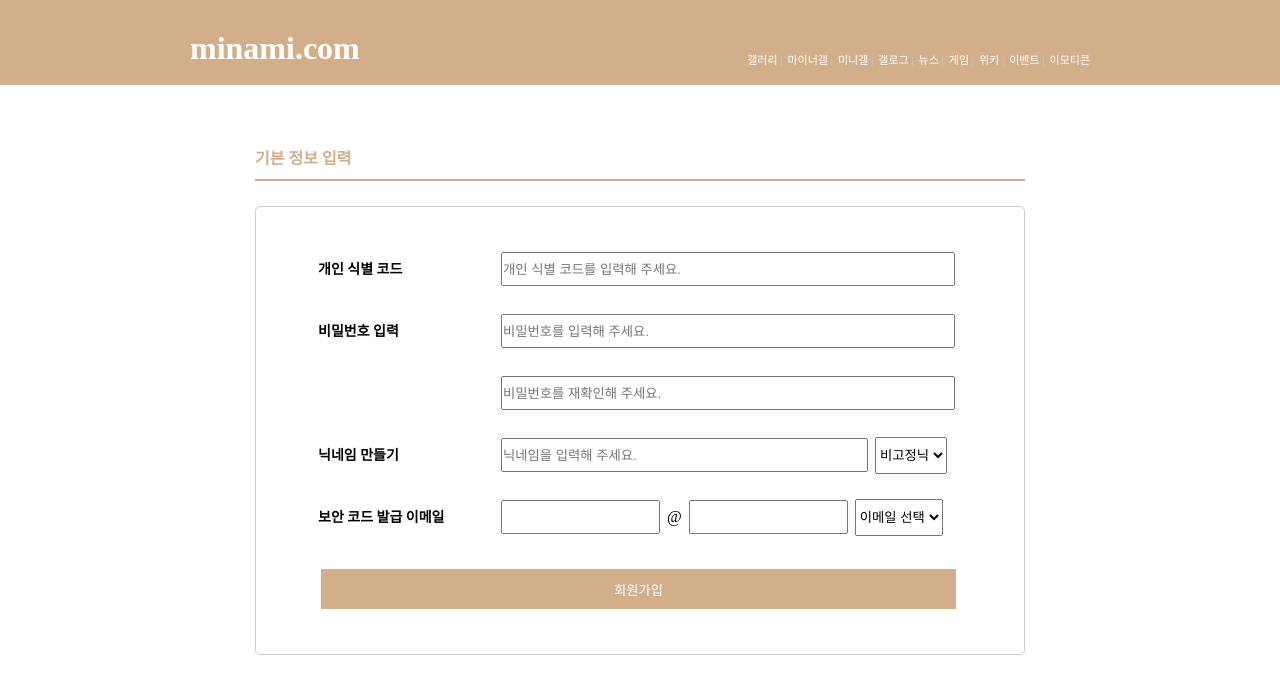
Repository: Minami0717/JSP_Study
Page: http://localhost/JSP_Gall/jsp/joinForm.jsp
These files come from the project's save history. The page is drawn as it stood at one moment and after the next save; the edit follows.
The browser window is 1280 px wide. The pictures show the whole page.
The page is served by Tomcat 9. Other server files are loaded and not shown.

Above is the page before, as saved 2023-02-15 07:15:17.

### JSP_Gall/src/main/webapp/jsp/joinForm.jsp
<%@ page language="java" contentType="text/html; charset=UTF-8"
    pageEncoding="UTF-8"%>
<!DOCTYPE html>
<html>
<head>
<meta charset="UTF-8">
<title>Insert title here</title>
<style>
	* {margin: 0; padding: 0;}
	a {text-decoration: none;}
	li,ul,h1 {display: inline-block;}

	header {background: #d2af8a;}
	header > div {width: 900px; position: relative; margin: 0 auto; height: 85px;}
	header a {color: white;}
	header li {font-size: 11px; color: #ccc; margin-left: 5px;}
	header li a:hover {text-decoration: underline;}
	header ul {position: absolute; right: 0; top: 50px;}
	header h1 {position: absolute; left: 0; top: 30px;}

	section {width: 770px; margin: 0 auto;}
	section div:first-child {border-bottom: 2px solid #d2af8a; padding: 10px 0; margin-top: 50px;}
	section div:first-child h4 {color: #d2af8a}
	section div:nth-child(2) {border: 1px #cecdce solid; border-radius: 5px; margin: 25px 0; padding: 30px 50px;}

	table label {font-weight: bold; font-size: 14px; display: inline-block; width: 180px;}
	td {padding: 10px;}

	input {margin: 3px;}
	.input {width: 450px; height: 30px;}
	#join {width: 635px; height: 40px; border: none; background: #d2af8a; color: white; cursor: pointer; margin-top: 10px;}
	.button {width: 110px; height: 30px;}

	input[name=nick] {width: 363px;}
	input[name=pwCheck] {margin-left: 183px;}
	input[name=email1],input[name=email2] {width: 155px;}
	select {height: 37px;}
</style>
</head>
<body>
	<header>
		<div>
			<h1><a href=main.jsp>minami.com</a></h1>
			<ul>
				<li><a href=>갤러리</a> |
				<li><a href=>마이너갤</a> |
				<li><a href=>미니갤</a> |
				<li><a href=>갤로그</a> |
				<li><a href=>뉴스</a> |
				<li><a href=>게임</a> |
				<li><a href=>위키</a> |
				<li><a href=>이벤트</a> |
				<li><a href=>이모티콘</a>
			</ul>
		</div>
	</header>
	<section>
		<div>
			<h4 align=left>기본 정보 입력</h4>
		</div>
		<div>
			<form action="join.jsp" method=post>
				<table>
					<tr>
						<td><label>개인 식별 코드</label><input type=text placeholder="개인 식별 코드를 입력해 주세요." class=input name=code></td>
					</tr>
					<tr>
						<td><label>비밀번호 입력</label><input type=password placeholder="비밀번호를 입력해 주세요." class=input name=pw></td>
					</tr>
					<tr>
						<td><input type=password placeholder="비밀번호를 재확인해 주세요." class=input name=pwCheck></td>
					</tr>
					<tr>
						<td>
							<label>닉네임 만들기</label><input type=text placeholder="닉네임을 입력해 주세요." class=input name=nick>
							<select name=fixed>
								<option value=false>비고정닉
								<option value=true>고정닉
							</select>
						</td>
					</tr>
					<tr>
						<td>
							<label>보안 코드 발급 이메일</label><input type="text" class=input name=email1> @
							<input type="text" class=input name=email2>
							<select>
								<option>이메일 선택
								<option>naver.com
								<option>직접 입력
							</select>
						</td>
					</tr>
					<tr>
						<td><input type=submit value=회원가입 id=join></td>
					</tr>
				</table>
			</form>
		</div>
	</section>
</body>
</html>

After the next save:
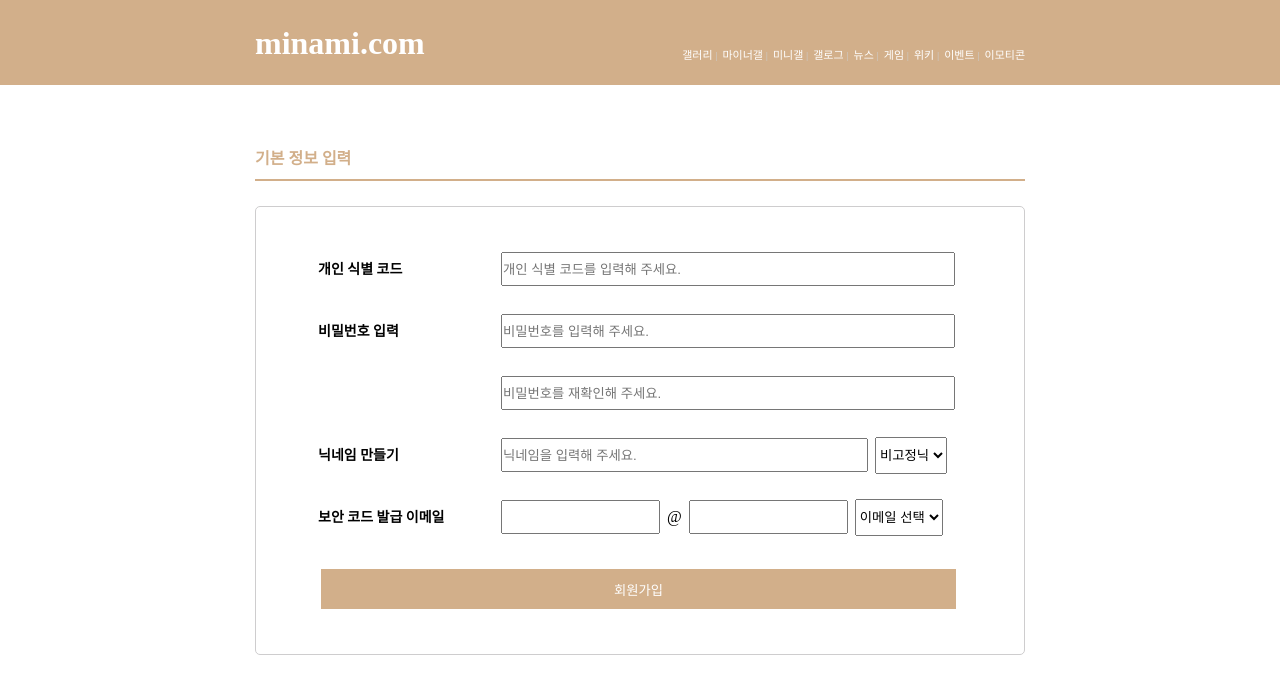
Saved 29 s later.
--- a/JSP_Gall/src/main/webapp/jsp/joinForm.jsp
+++ b/JSP_Gall/src/main/webapp/jsp/joinForm.jsp
@@ -11,12 +11,12 @@
 	li,ul,h1 {display: inline-block;}
 
 	header {background: #d2af8a;}
-	header > div {width: 900px; position: relative; margin: 0 auto; height: 85px;}
+	header > div {width: 770px; position: relative; margin: 0 auto; height: 85px;}
 	header a {color: white;}
 	header li {font-size: 11px; color: #ccc; margin-left: 5px;}
 	header li a:hover {text-decoration: underline;}
-	header ul {position: absolute; right: 0; top: 50px;}
-	header h1 {position: absolute; left: 0; top: 30px;}
+	header ul {position: absolute; right: 0; top: 45px;}
+	header h1 {position: absolute; left: 0; top: 25px;}
 
 	section {width: 770px; margin: 0 auto;}
 	section div:first-child {border-bottom: 2px solid #d2af8a; padding: 10px 0; margin-top: 50px;}
